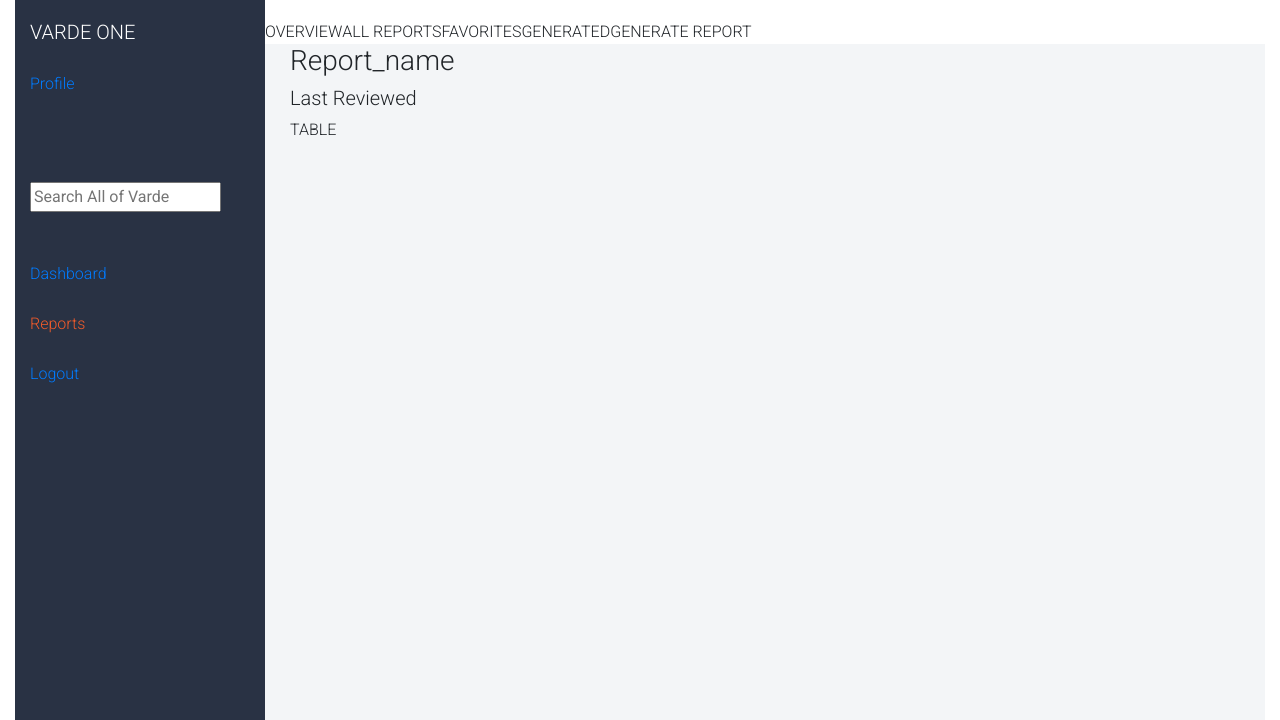
Repository: slavishtipkov/cra-redux
Page: /reports
The author's editor kept a copy of each file at every save. The page is drawn from the files as they stood at one save, then again after the next save.
The browser window is 1280 px wide. The pictures show the whole page.
The project was rebuilt for these pictures with package versions that can differ from the ones it lists, and the page was loaded fresh each time.

Above is the page before, as saved 2019-07-09 13:28:02.

After the next save:
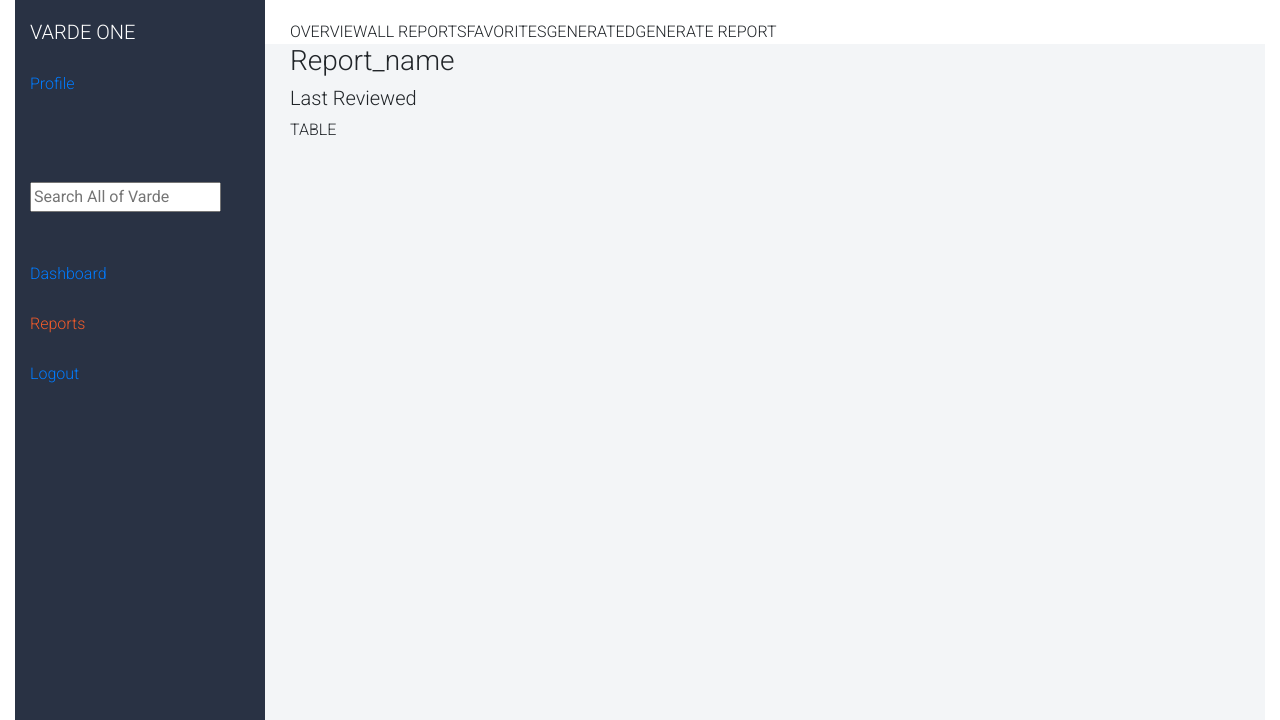
Saved 66 s later.
--- a/src/Components/App/App.scss
+++ b/src/Components/App/App.scss
@@ -21,6 +21,7 @@
           margin: 0;
           padding: 0;
 
+          padding-left: 25px;
           padding-top: 20px;
 
           li {
